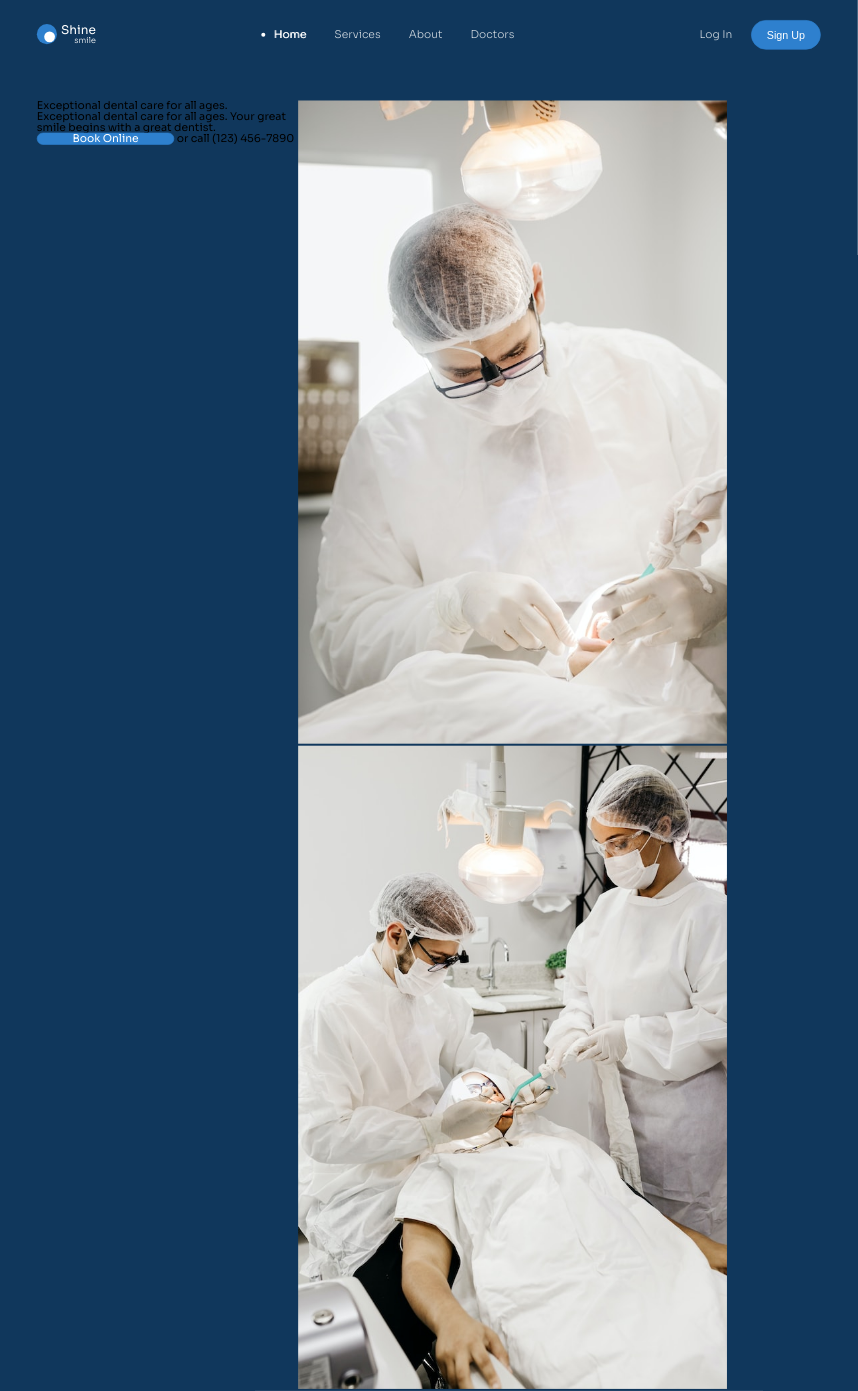
Repository: Tran-Dat/F8_Project_03
Page: index.html
An editor plug-in stored every save of this project. The page is shown before and after the next save, followed by the edit.
The browser window is 1280 px wide. The pictures show the whole page, at 67% of full size.

Above is the page before, as saved 2023-04-03 10:28:02.

After the next save:
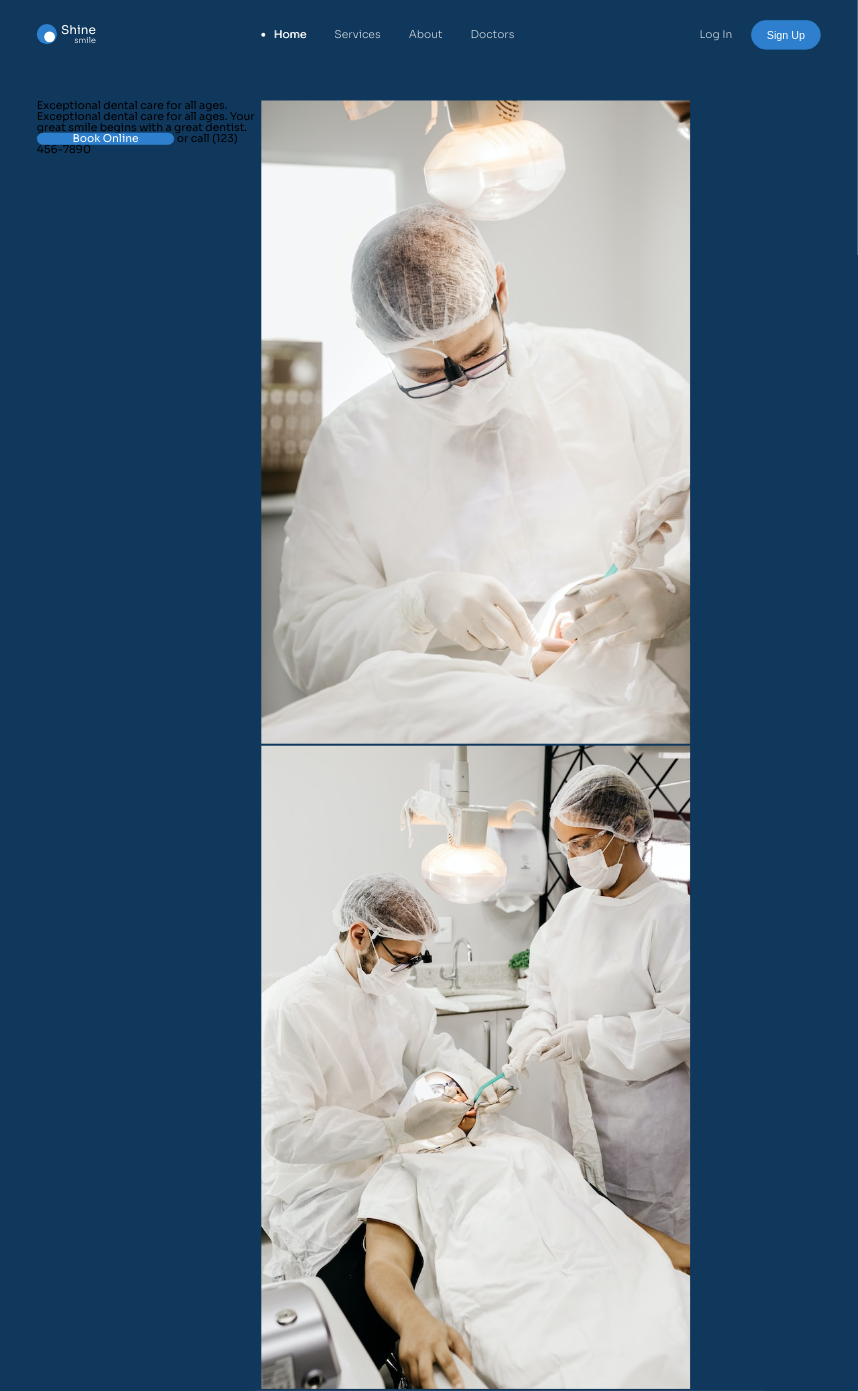
Saved 67 s later.
--- a/assets/css/style.css
+++ b/assets/css/style.css
@@ -161,3 +161,7 @@ a {
     margin-top: 76px;
     display: flex;
 }
+
+.hero__content {
+    width: 44%;
+}
